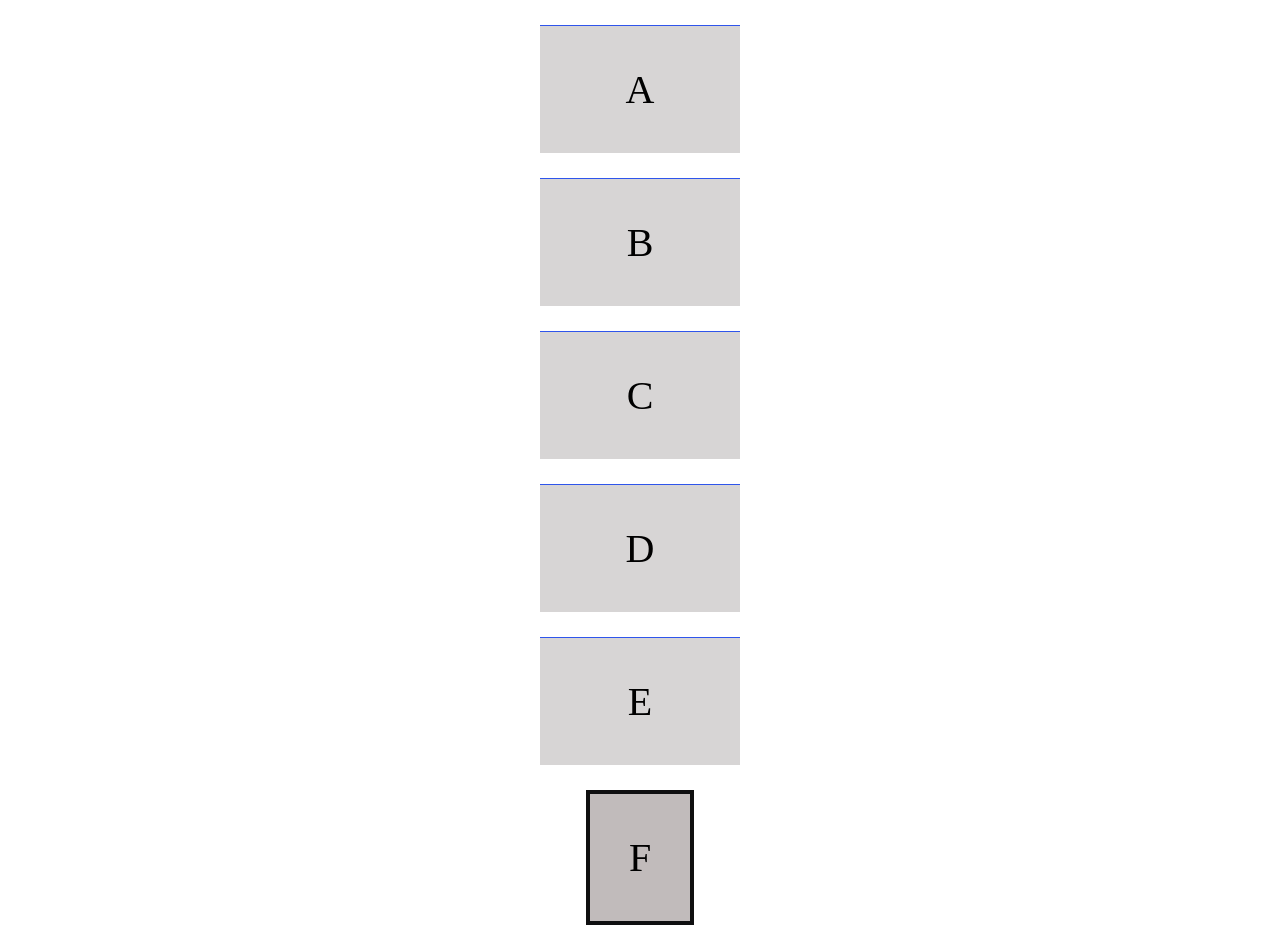
Repository: HoangDuy315/HW_TVK
Page: ex2/index.html
An editor plug-in stored every save of this project. The page is shown before and after a run of saves, followed by the edit.
The browser window is 1280 px wide. The pictures show the whole page.

Above is the page before, as saved 2022-10-10 20:49:21.

After the next 2 saves:
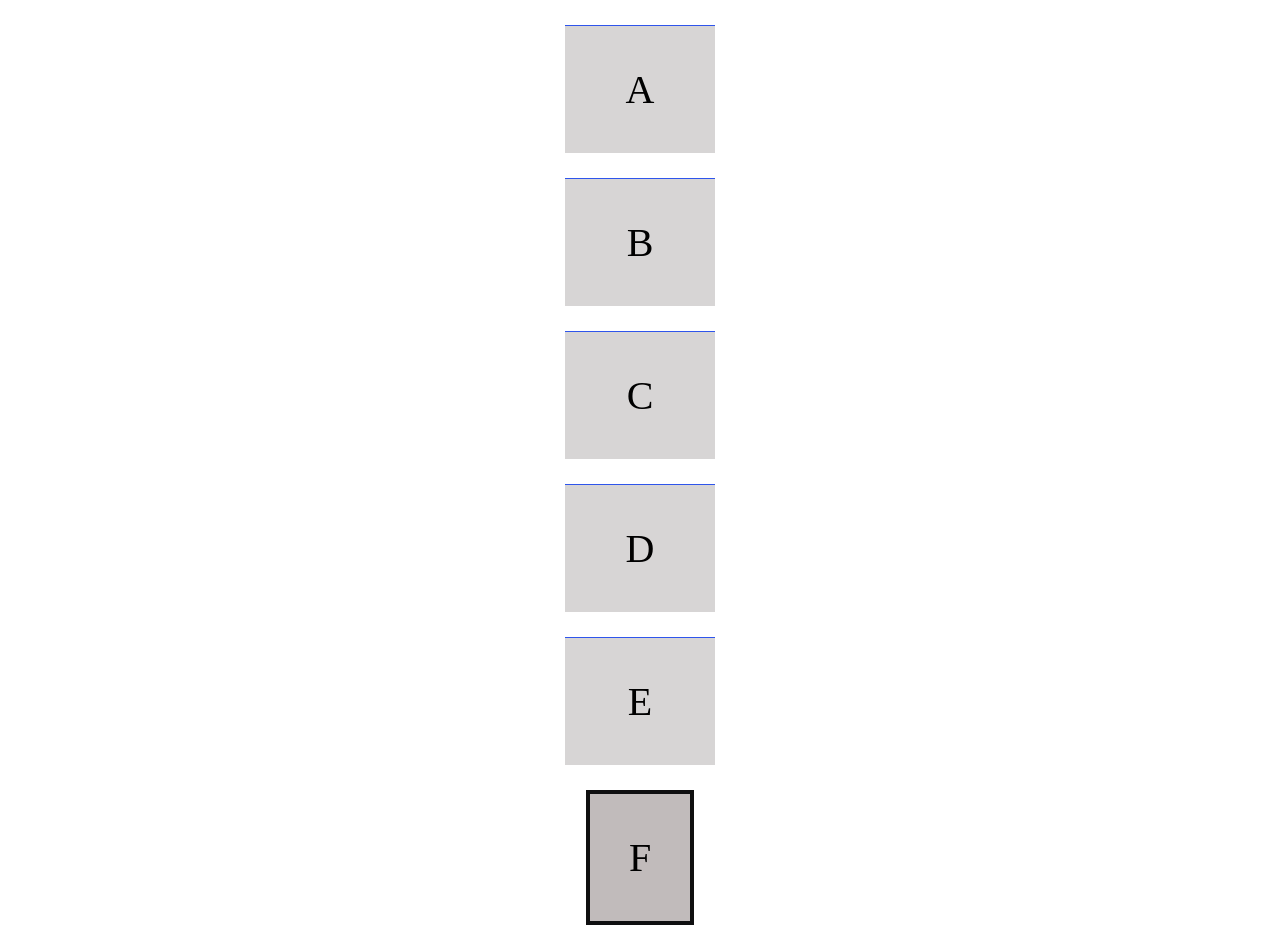
The 2 saves are shown as one change because they came seconds apart.
The last was saved 7 s later.
--- a/ex2/styleA.css
+++ b/ex2/styleA.css
@@ -9,7 +9,7 @@
 .square {
   margin: auto;
   min-height: 100px;
-  min-width: 200px;
+  min-width: 150px;
   border-top: 1px solid rgb(47, 85, 235);
   background-color: rgb(215, 213, 213);
   margin-top: 25px;
